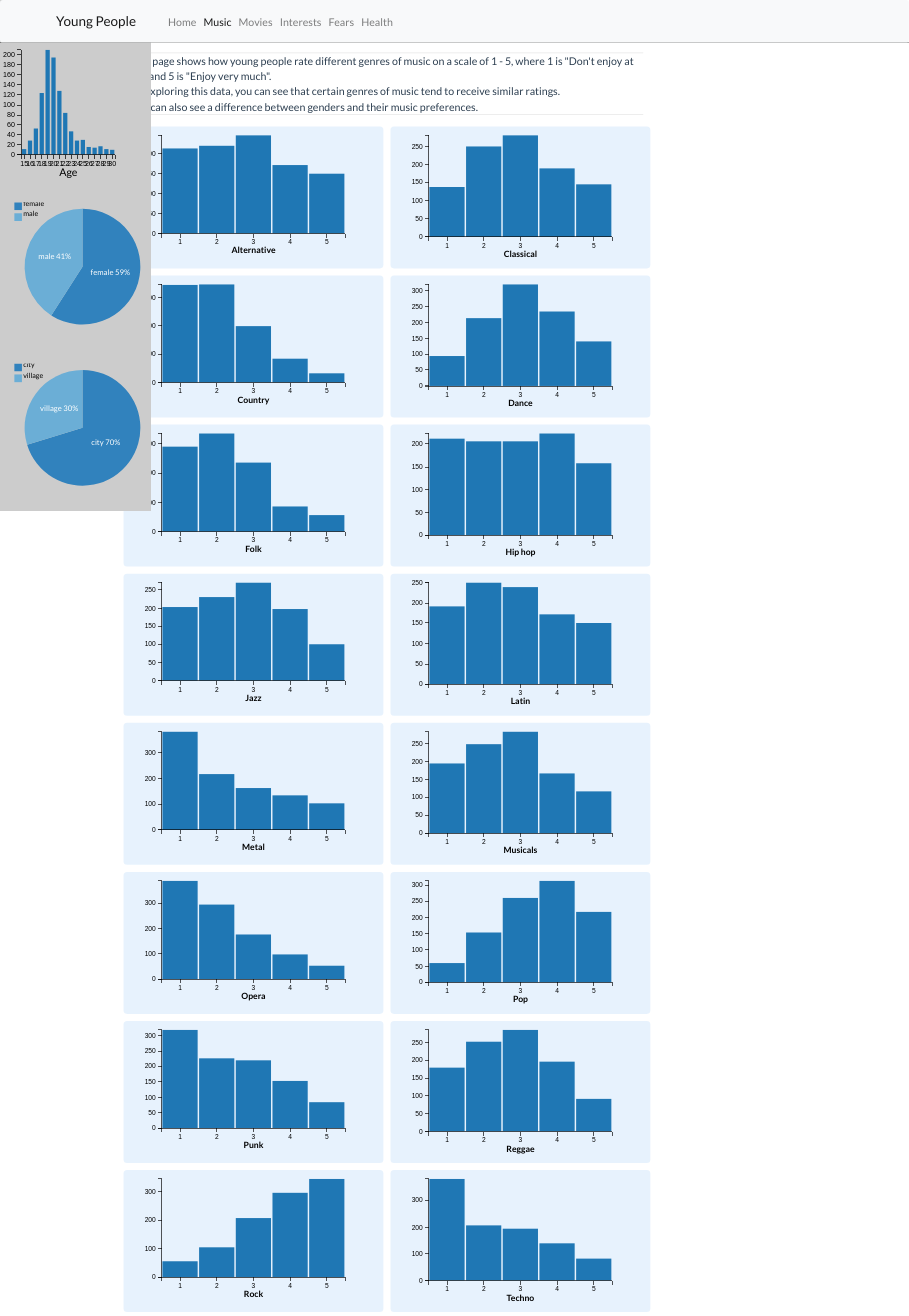
Repository: BrendanMolloy/milestone2
Page: music.html
The author's editor kept a record of every edit. The page is drawn from the files as they stood at one moment, then again after the next edit.
The browser window is 1280 px wide. The pictures show the whole page, at 71% of full size.
Some web libraries are served in a nearby version.

Above is the page before.

After the next edit:
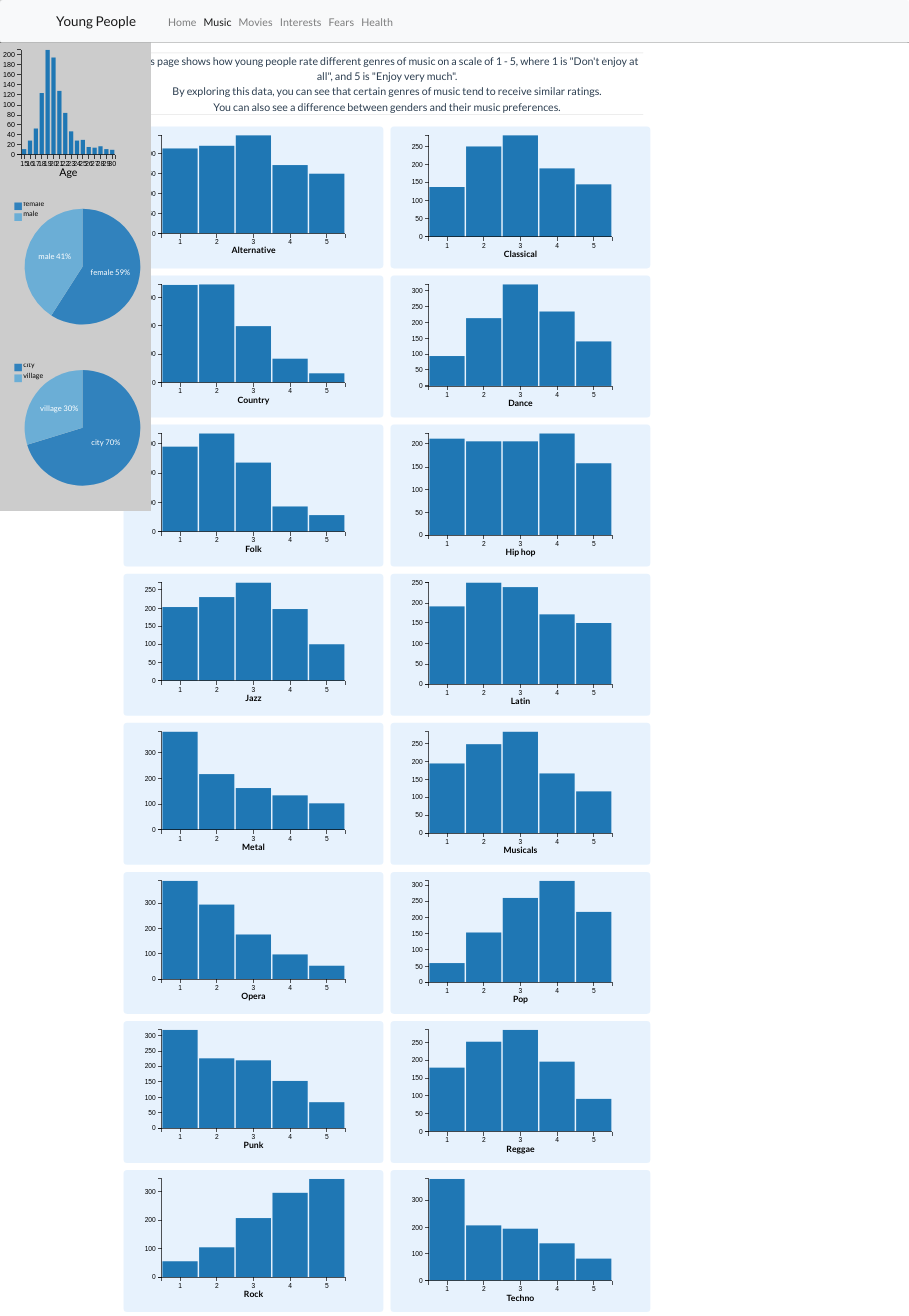
The edit:
--- a/css/style.css
+++ b/css/style.css
@@ -1,6 +1,10 @@
 .section {
   text-align: center;
   padding: 0px;
+}
+
+.row {
+  text-align: center;
 }
 
 p{
